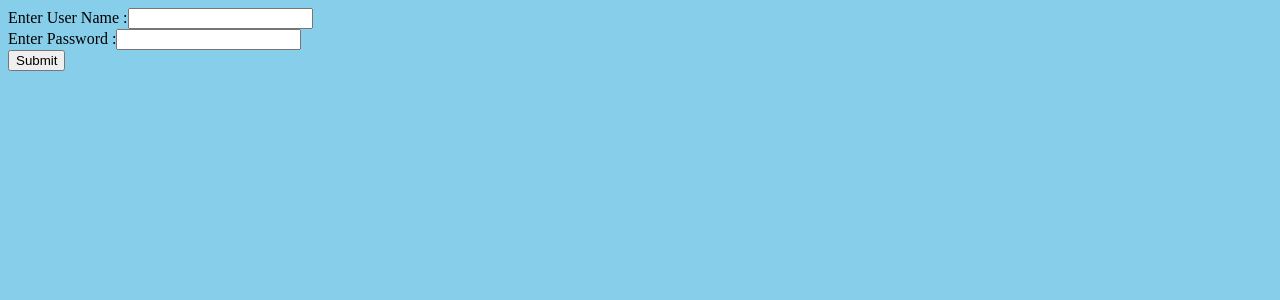
Repository: MyselfAman/Login_Page_Servlet
Page: http://localhost/Login_Page/login.jsp
These files come from the project's save history. The page is drawn as it stood at one moment and after the next save; the edit follows.
The browser window is 1280 px wide. The pictures show the whole page.
The page is served by Tomcat 9.

Above is the page before, as saved 2019-08-06 19:23:46.

After the next save:
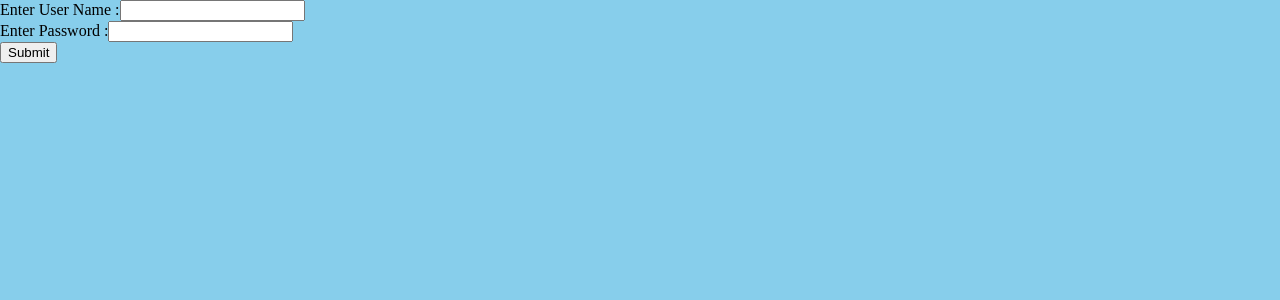
Saved 30 s later.
--- a/Login_Page/WebContent/login.jsp
+++ b/Login_Page/WebContent/login.jsp
@@ -8,6 +8,8 @@
 <style>
 body{
  background-color:skyblue;
+ margin: 0;
+ padding: 0;
 }
 </style>
 </head>
